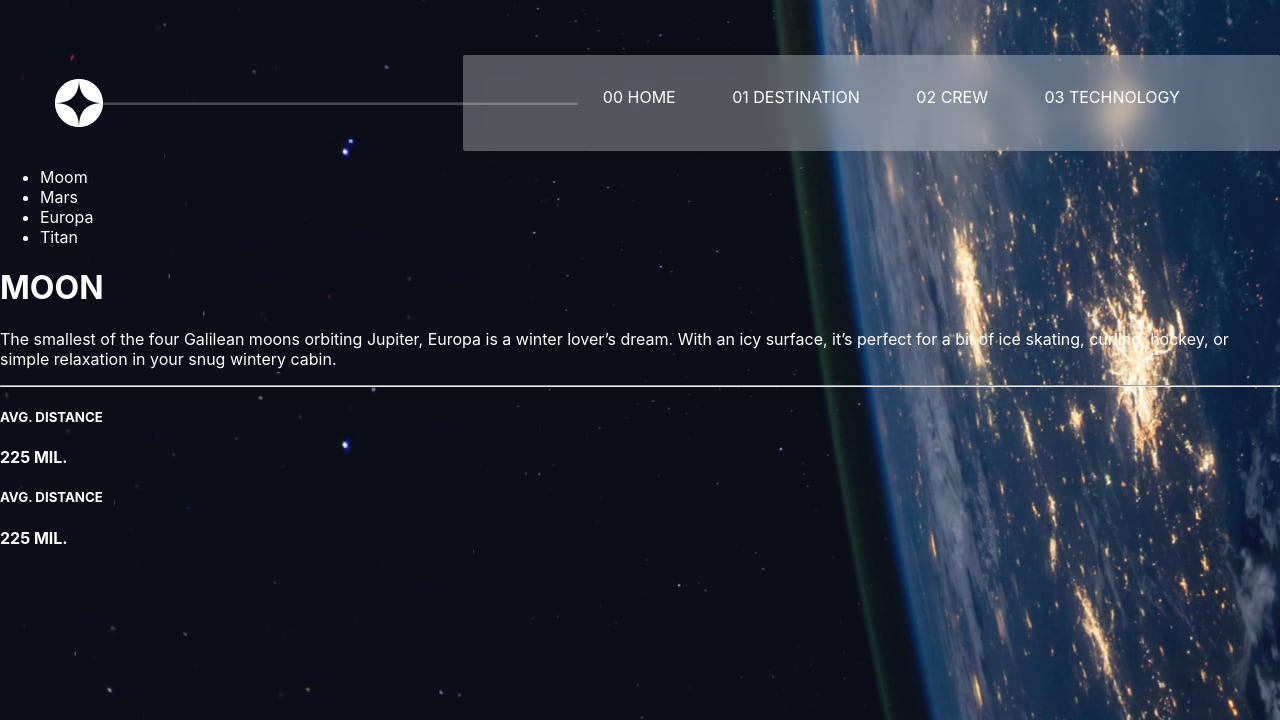
Repository: jhonenmanuel1/FrontEndMentor-MultiPageSpace
Page: /
An editor plug-in stored every save of this project. The page is shown before and after the next save, followed by the edit.
The browser window is 1280 px wide. The pictures show the whole page.
The project was rebuilt for these pictures with package versions that can differ from the ones it lists, and the page was loaded fresh each time. Also part of the build but not shown: src/views/home.js.

Above is the page before, as saved 2022-06-23 22:35:09.

After the next save:
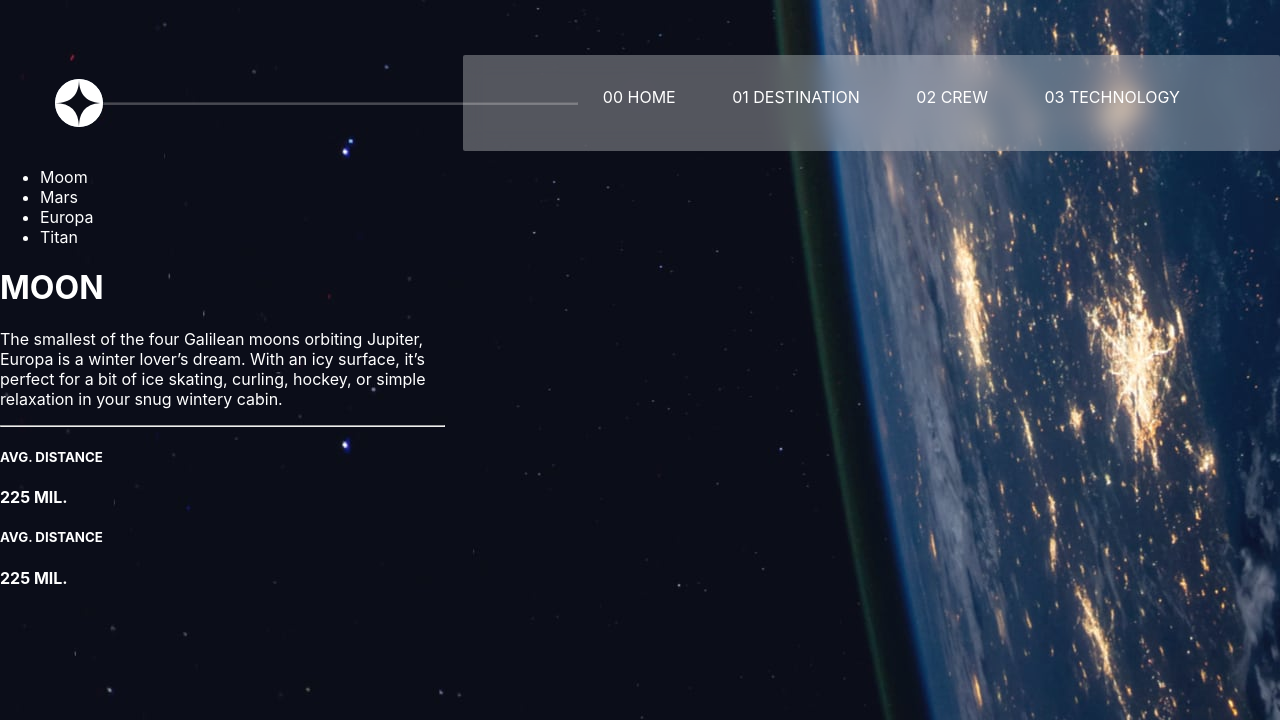
Saved 37 s later.
--- a/src/atoms/PlanetCardInfo.js
+++ b/src/atoms/PlanetCardInfo.js
@@ -1,8 +1,8 @@
-import '../styles/planetcardinfo.module.css'
+import styles from  '../styles/planetcardinfo.module.css'
 export default function PlanetCardInfo() {
   return (
     <>
-      <div className="planetCardInfoContainer">
+      <div className={styles.planetCardInfoContainer}>
         <div className="planetCardHeader">
           <ul>
             <li>Moom</li>
